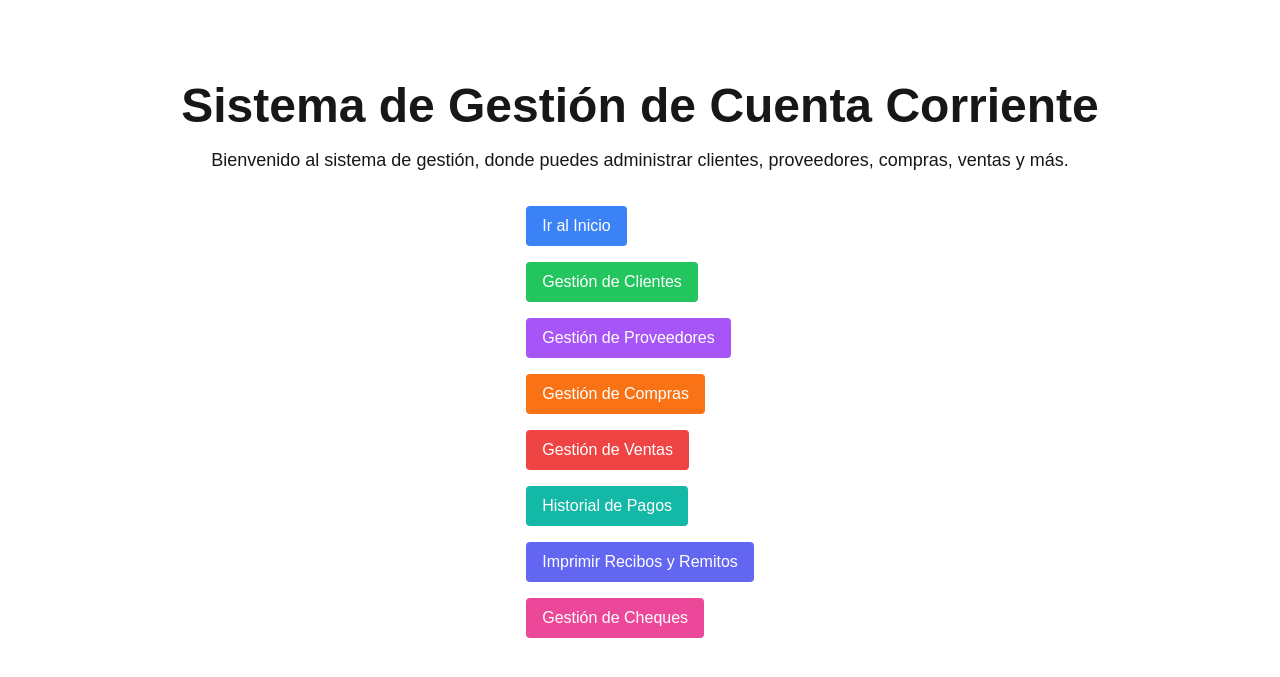
Repository: manucavallera/Sistema-Gestion
Page: /
These files come from the project's save history. The page is drawn as it stood at one moment and after the next save; the edit follows.
The browser window is 1280 px wide. The pictures show the whole page.
The project was rebuilt for these pictures with package versions that can differ from the ones it lists, and the page was loaded fresh each time. The framework's server and built-in components were replaced by stand-ins that run in the browser. Also part of the build but not shown: next.config.mjs.

Above is the page before, as saved 2024-11-18 14:41:31.

### src/app/page.tsx
import Link from "next/link";

const links = [
  {
    href: "/inicio",
    label: "Ir al Inicio",
    bgColor: "bg-blue-500",
    hoverColor: "hover:bg-blue-600",
  },
  {
    href: "/clientes",
    label: "Gestión de Clientes",
    bgColor: "bg-green-500",
    hoverColor: "hover:bg-green-600",
  },
  {
    href: "/proveedores",
    label: "Gestión de Proveedores",
    bgColor: "bg-purple-500",
    hoverColor: "hover:bg-purple-600",
  },
  {
    href: "/compras",
    label: "Gestión de Compras",
    bgColor: "bg-orange-500",
    hoverColor: "hover:bg-orange-600",
  },
  {
    href: "/ventas",
    label: "Gestión de Ventas",
    bgColor: "bg-red-500",
    hoverColor: "hover:bg-red-600",
  },
  {
    href: "/pagos",
    label: "Historial de Pagos",
    bgColor: "bg-teal-500",
    hoverColor: "hover:bg-teal-600",
  },

  {
    href: "/imprimir",
    label: "Imprimir Recibos y Remitos",
    bgColor: "bg-indigo-500",
    hoverColor: "hover:bg-indigo-600",
  },

  {
    href: "/cheques",
    label: "Gestión de Cheques",
    bgColor: "bg-pink-500",
    hoverColor: "hover:bg-pink-600",
  }, // Nuevo enlace para cheques
];

const HomePage = () => {
  return (
    <div className='flex flex-col items-center justify-center h-screen bg-background'>
      <h1 className='text-5xl font-bold'>
        Sistema de Gestión de Cuenta Corriente
      </h1>
      <p className='mt-4 text-lg'>
        Bienvenido al sistema de gestión, donde puedes administrar clientes,
        proveedores, compras, ventas y más.
      </p>
      <div className='mt-8 flex flex-col space-y-4'>
        {links.map((link) => (
          <Link key={link.href} href={link.href}>
            <button
              className={`px-4 py-2 text-white ${link.bgColor} rounded ${link.hoverColor}`}
            >
              {link.label}
            </button>
          </Link>
        ))}
      </div>
    </div>
  );
};

export default HomePage;

Loaded but not shown: src/app/layout.tsx (common file); src/app/globals.css (common file); tailwind.config.ts (common file)

After the next save:
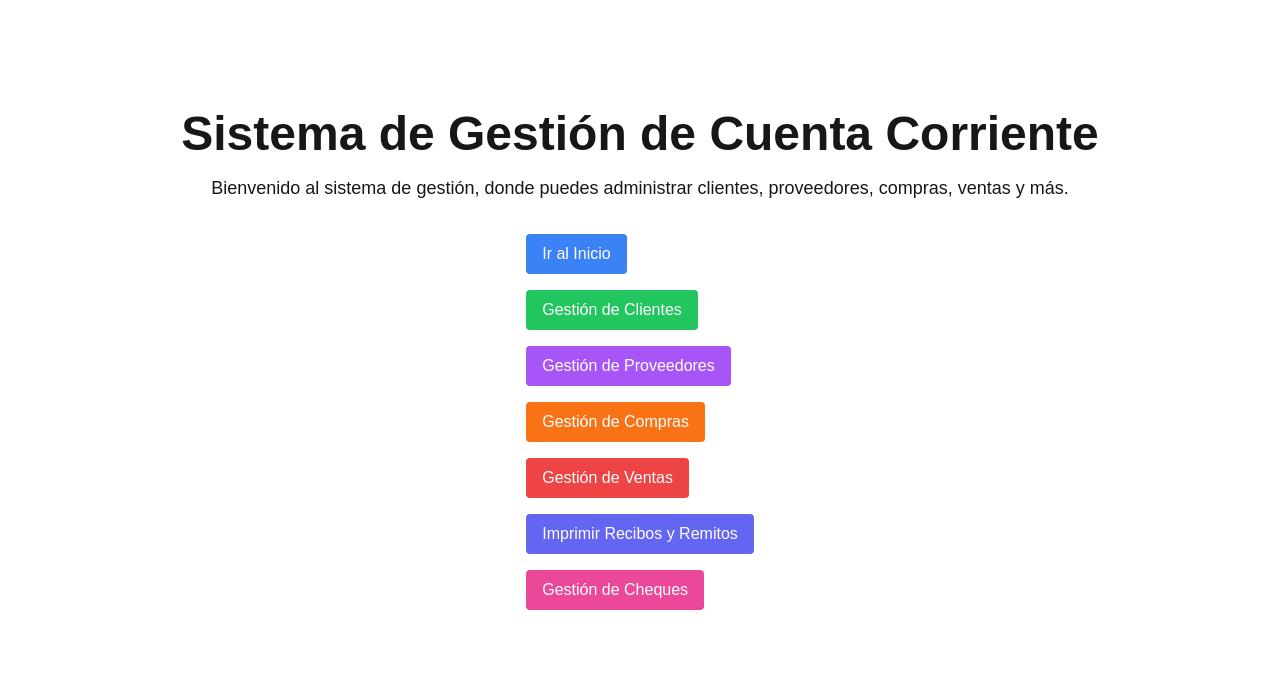
Saved 9 s later.
--- a/src/app/page.tsx
+++ b/src/app/page.tsx
@@ -30,12 +30,6 @@ const links = [
     label: "Gestión de Ventas",
     bgColor: "bg-red-500",
     hoverColor: "hover:bg-red-600",
-  },
-  {
-    href: "/pagos",
-    label: "Historial de Pagos",
-    bgColor: "bg-teal-500",
-    hoverColor: "hover:bg-teal-600",
   },
 
   {
